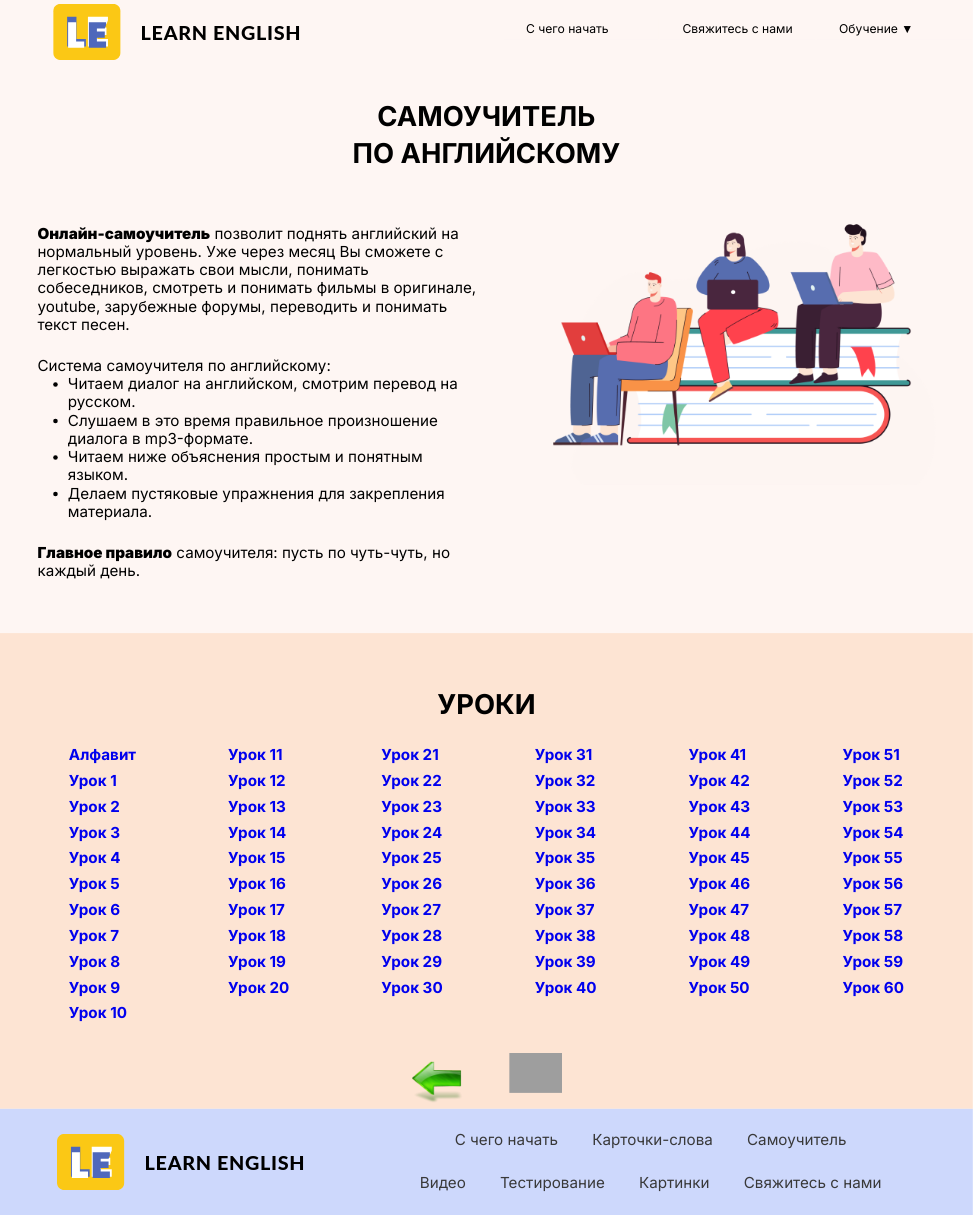
Repository: WladimirVA/Diplom
Page: scool/lesson.html
The author's editor kept a copy of each file at every save. The page is drawn from the files as they stood at one save, then again after the next save.
The browser window is 1280 px wide. The pictures show the whole page, at 76% of full size.
Pictures or frames that could not be fetched are drawn as grey boxes.

Above is the page before, as saved 2023-07-19 17:55:38.

### scool/lesson.html
<!DOCTYPE html>
<html lang="en">
<head>
    <meta charset="UTF-8">
    <meta name="viewport" content="width=device-width, initial-scale=1.0">
    <link href="./css/index.css" rel="stylesheet" type="text/css">
    <link href="./css/fonts.css" rel="stylesheet" type="text/css">
    <link rel="stylesheet" href="./css/lesson.css" type="text/css">
    <link rel="icon" sizes="16x16" href="./img/Vector.svg" type="image/x-icon">
    <title>Learn english</title>
</head>
<body>
    <header class="header" di="HOME">
        <div class="section">
            <div class="section-header">
                <div class="logo">
                    <img src="./img/Vector.svg">
                    <p>Learn english</p>
                </div>
                <div>

                    <ul class="ddropdownn">
                        <li class="ddropdownn-top">
                        <a class="ddropdownn-top" href="#">С чего начать</a>
                        </li>
                        <li class="ddropdownn-top">
                            <a class="ddropdownn-top" href="mailto:dyadichenko_va@mail.ru">Свяжитесь с нами</a>
                        </li>
                        <li class="ddropdownn-top">
                        <a class="ddropdownn-top" href="#">Обучение &#9660;</a>
                            <ul class="ddropdownn-inside">
                                <li><a href="/">Карточки-слова</a></li>
                                <li><a href="/">Самоучитель</a></li>
                                <li><a href="/">Видео</a></li>
                                <li><a href="/">Тестирование</a></li>
                                <li><a href="/">Картинки</a></li>
                            </ul>
                        </li>

                    </ul>
                </div>
            </div>
        </div>
    </header>
    <main>
        <section class="TUTORIAL">
            <div class="section">
                <h1 class="tutorial-h1">Самоучитель <br>по английскому</h1>
                <div class="content-tutorial">
                    <div class="tutorial-inf">
                        <p><span  style="font-weight:900"> Онлайн-самоучитель</span> позволит поднять английский на нормальный уровень. Уже через месяц Вы сможете с легкостью выражать свои мысли, понимать собеседников, смотреть и понимать фильмы в оригинале, youtube, зарубежные форумы, переводить и понимать текст песен.</p>
                            <ul><p>Система самоучителя по английскому:</p>
                                <li>Читаем диалог на английском, смотрим перевод на русском.</li>
                                <li>Слушаем в это время правильное произношение диалога в mp3-формате.</li>
                                <li>Читаем ниже объяснения простым и понятным языком.</li>
                                <li>Делаем пустяковые упражнения для закрепления материала.</li>
                            </ul>
                            <p><span  style="font-weight:900"> Главное правило</span> самоучителя: пусть по чуть-чуть, но каждый день.
                        </p>
                    </div>
                    <div class="tutorial-img">
                        <img src="./img/Group 78 1 (1).png" alt="foto">
                    </div>
                </div>
            </div>
        </section>
        <section class="LESSON">
            <div class="section">
                <div class="lesson">
                    <p>уроки</p>
                </div class="slider">
                    <div class="item"><!-- Начало 1 слайда -->
                        <div class="box-1 container-box">
                            <ul>
                                <li><a href="#">Алфавит</a></li>
                                <li><a href="#">Урок 1</a></li>
                                <li><a href="#">Урок 2</a></li>
                                <li><a href="#">Урок 3</a></li>
                                <li><a href="#">Урок 4</a></li>
                                <li><a href="#">Урок 5</a></li>
                                <li><a href="#">Урок 6</a></li>
                                <li><a href="#">Урок 7</a></li>
                                <li><a href="#">Урок 8</a></li>
                                <li><a href="#">Урок 9</a></li>
                                <li><a href="#">Урок 10</a></li>
                            </ul>
                            <ul>
                                <li><a href="#">Урок 11</a></li>
                                <li><a href="#">Урок 12</a></li>
                                <li><a href="#">Урок 13</a></li>
                                <li><a href="#">Урок 14</a></li>
                                <li><a href="#">Урок 15</a></li>
                                <li><a href="#">Урок 16</a></li>
                                <li><a href="#">Урок 17</a></li>
                                <li><a href="#">Урок 18</a></li>
                                <li><a href="#">Урок 19</a></li>
                                <li><a href="#">Урок 20</a></li>
                            </ul>
                            <ul>
                                <li><a href="#">Урок 21</a></li>
                                <li><a href="#">Урок 22</a></li>
                                <li><a href="#">Урок 23</a></li>
                                <li><a href="#">Урок 24</a></li>
                                <li><a href="#">Урок 25</a></li>
                                <li><a href="#">Урок 26</a></li>
                                <li><a href="#">Урок 27</a></li>
                                <li><a href="#">Урок 28</a></li>
                                <li><a href="#">Урок 29</a></li>
                                <li><a href="#">Урок 30</a></li>
                            </ul>
                            <ul>
                                <li><a href="#">Урок 31</a></li>
                                <li><a href="#">Урок 32</a></li>
                                <li><a href="#">Урок 33</a></li>
                                <li><a href="#">Урок 34</a></li>
                                <li><a href="#">Урок 35</a></li>
                                <li><a href="#">Урок 36</a></li>
                                <li><a href="#">Урок 37</a></li>
                                <li><a href="#">Урок 38</a></li>
                                <li><a href="#">Урок 39</a></li>
                                <li><a href="#">Урок 40</a></li>
                            </ul>
                            <ul>
                                <li><a href="#">Урок 41</a></li>
                                <li><a href="#">Урок 42</a></li>
                                <li><a href="#">Урок 43</a></li>
                                <li><a href="#">Урок 44</a></li>
                                <li><a href="#">Урок 45</a></li>
                                <li><a href="#">Урок 46</a></li>
                                <li><a href="#">Урок 47</a></li>
                                <li><a href="#">Урок 48</a></li>
                                <li><a href="#">Урок 49</a></li>
                                <li><a href="#">Урок 50</a></li>
                            </ul>
                            <ul>
                                <li><a href="#">Урок 51</a></li>
                                <li><a href="#">Урок 52</a></li>
                                <li><a href="#">Урок 53</a></li>
                                <li><a href="#">Урок 54</a></li>
                                <li><a href="#">Урок 55</a></li>
                                <li><a href="#">Урок 56</a></li>
                                <li><a href="#">Урок 57</a></li>
                                <li><a href="#">Урок 58</a></li>
                                <li><a href="#">Урок 59</a></li>
                                <li><a href="#">Урок 60</a></li>
                            </ul>
                        </div>
                    </div>
                    <div class="item"><!-- Начало 2 слайда -->
                        <div class="box-1 container-box">
                            <ul>
                                <li><a href="#">Урок 61</a></li>
                                <li><a href="#">Урок 62</a></li>
                                <li><a href="#">Урок 63</a></li>
                                <li><a href="#">Урок 64</a></li>
                                <li><a href="#">Урок 65</a></li>
                                <li><a href="#">Урок 66</a></li>
                                <li><a href="#">Урок 67</a></li>
                                <li><a href="#">Урок 68</a></li>
                                <li><a href="#">Урок 69</a></li>
                                <li><a href="#">Урок 70</a></li>
                            </ul>
                            <ul>
                                <li><a href="#">Урок 71</a></li>
                                <li><a href="#">Урок 72</a></li>
                                <li><a href="#">Урок 73</a></li>
                                <li><a href="#">Урок 74</a></li>
                                <li><a href="#">Урок 75</a></li>
                                <li><a href="#">Урок 76</a></li>
                                <li><a href="#">Урок 77</a></li>
                                <li><a href="#">Урок 78</a></li>
                                <li><a href="#">Урок 79</a></li>
                                <li><a href="#">Урок 80</a></li>
                            </ul>
                            <ul>
                                <li><a href="#">Урок 81</a></li>
                                <li><a href="#">Урок 82</a></li>
                                <li><a href="#">Урок 83</a></li>
                                <li><a href="#">Урок 84</a></li>
                                <li><a href="#">Урок 85</a></li>
                                <li><a href="#">Урок 86</a></li>
                                <li><a href="#">Урок 87</a></li>
                                <li><a href="#">Урок 88</a></li>
                                <li><a href="#">Урок 89</a></li>
                                <li><a href="#">Урок 90</a></li>
                            </ul>
                            <ul>
                                <li><a href="#">Урок 91</a></li>
                                <li><a href="#">Урок 92</a></li>
                                <li><a href="#">Урок 93</a></li>
                                <li><a href="#">Урок 94</a></li>
                                <li><a href="#">Урок 95</a></li>
                                <li><a href="#">Урок 96</a></li>
                                <li><a href="#">Урок 97</a></li>
                                <li><a href="#">Урок 98</a></li>
                                <li><a href="#">Урок 99</a></li>
                                <li><a href="#">Урок 100</a></li>
                            </ul>
                            <ul>
                                <li><a href="#">Урок 101</a></li>
                                <li><a href="#">Урок 102</a></li>
                                <li><a href="#">Урок 103</a></li>
                                <li><a href="#">Урок 104</a></li>
                                <li><a href="#">Урок 105</a></li>
                                <li><a href="#">Урок 106</a></li>
                                <li><a href="#">Урок 107</a></li>
                                <li><a href="#">Урок 108</a></li>
                                <li><a href="#">Урок 109</a></li>
                                <li><a href="#">Урок 110</a></li>
                            </ul>
                            <ul>
                                <li><a href="#">Урок 111</a></li>
                                <li><a href="#">Урок 112</a></li>
                                <li><a href="#">Урок 113</a></li>
                                <li><a href="#">Урок 114</a></li>
                                <li><a href="#">Урок 115</a></li>
                                <li><a href="#">Урок 116</a></li>
                                <li><a href="#">Урок 117</a></li>
                                <li><a href="#">Урок 118</a></li>
                                <li><a href="#">Урок 119</a></li>
                                <li><a href="#">Урок 120</a></li>
                            </ul>
                        </div>
                    </div>
                    <div class="item"><!-- Начало 3 слайда -->
                        <div class="box-1 container-box">
                            <ul>
                                <li><a href="#">Урок 121</a></li>
                                <li><a href="#">Урок 122</a></li>
                                <li><a href="#">Урок 123</a></li>
                                <li><a href="#">Урок 124</a></li>
                                <li><a href="#">Урок 125</a></li>
                                <li><a href="#">Урок 126</a></li>
                                <li><a href="#">Урок 127</a></li>
                                <li><a href="#">Урок 128</a></li>
                                <li><a href="#">Урок 129</a></li>
                                <li><a href="#">Урок 130</a></li>
                            </ul>
                            <ul>
                                <li><a href="#">Урок 131</a></li>
                                <li><a href="#">Урок 132</a></li>
                                <li><a href="#">Урок 133</a></li>
                                <li><a href="#">Урок 134</a></li>
                                <li><a href="#">Урок 135</a></li>
                                <li><a href="#">Урок 136</a></li>
                                <li><a href="#">Урок 137</a></li>
                                <li><a href="#">Урок 138</a></li>
                                <li><a href="#">Урок 139</a></li>
                                <li><a href="#">Урок 140</a></li>
                            </ul>
                            <ul>
                                <li><a href="#">Урок 141</a></li>
                                <li><a href="#">Урок 142</a></li>
                                <li><a href="#">Урок 143</a></li>
                                <li><a href="#">Урок 144</a></li>
                                <li><a href="#">Урок 145</a></li>
                                <li><a href="#">Урок 146</a></li>
                            </ul>
                        </div>
                    </div>
                </div>
                <div class="button111">
                    <div class="button1112"><a class="prev" onclick="minusSlide()"><img src="./img/arrow-lef.png"></a></div>
                    <div class="button1112"><a class="next" onclick="plusSlide()"><img src="./img/arrow-rih.png"></a></div>
                    <script src="./js/slider.js"></script>
                </div>
            </div>
        </section>
    </main>
    <footer class="FOOTER">
        <div class="section">
            <div class="section-footer">
                <div class="logo">
                    <img src="./img/Vector.svg">
                    <p>Learn english</p>
                </div>
                <div class="ddropdownn-footer">
                    <div class="ddropdownn-menu">
                        <ul class="ddropdownn1">
                            <li><a href="#">С чего начать</a></li>
                            <!-- <li><a href="#">Обучение</a></li> -->
                            <li><a href="#">Карточки-слова</a></li>
                            <li><a href="#">Самоучитель</a></li>
                        </ul>
                    </div>
                    <div class="ddropdownn-menu">
                        <ul class="ddropdownn2">
                            <li><a href="#">Видео</a></li>
                            <li><a href="#">Тестирование</a></li>
                            <li><a href="#">Картинки</a></li>
                            <li><a class="link" href="mailto:dyadichenko_va@mail.ru">Свяжитесь с нами</a></li>
                        </ul>
                    </div>
                </div>
            </div>
        </div>
    </footer>
</body>
</html>

### scool/css/fonts.css
/* @import url('https://fonts.googleapis.com/css2?family=Work+Sans:ital,wght@0,600;0,800;1,800&display=swap'); */


/* @import url('https://fonts.googleapis.com/css2?family=Inter:wght@400;500;600;700;800&family=Work+Sans:ital,wght@0,600;0,800;1,800&display=swap'); */


@import url('https://fonts.googleapis.com/css2?family=Inter:wght@100;200;300;400;500;600;700;800;900&display=swap');

@import url('https://fonts.googleapis.com/css2?family=Inter:wght@100;200;300;400;500;600;700;800;900&family=Work+Sans:ital,wght@0,100;0,200;0,300;0,400;0,500;0,600;0,700;0,800;0,900;1,100;1,200;1,300;1,400;1,500;1,600;1,700;1,800;1,900&display=swap');

### scool/css/lesson.css
.TUTORIAL {
    background: rgba(254, 246, 243, 1);
    padding-top: 50px;
}

.content-tutorial {
    display: flex;
    justify-content: space-around;
    padding: 70px 0 70px 0;
}

.tutorial-h1 {
    text-align: center;
    font-family: Inter;
    font-size: 36px;
    font-weight: 700;
    line-height: 48px;
    letter-spacing: 0em;
    text-align: center;
    text-transform: uppercase;
}

.tutorial-inf {
    max-width: 580px;
}

.tutorial-inf p {
    font-family: Inter;
    font-size: 20px;
    font-weight: 400;
    line-height: 24px;
    letter-spacing: 0em;
    text-align: left;
    color: rgba(0, 0, 0, 1);
}

.tutorial-inf li {
    margin-left: 15px;
    font-family: Inter;
    font-size: 20px;
    font-weight: 400;
    line-height: 24px;
    letter-spacing: 0em;
    text-align: left;
    margin-left: 40px;
}

.tutorial-inf ul {
    padding: 30px 0 30px 0px;
}

.tutorial-img img {
    width: 100%;
    height: auto;
}

.LESSON {
    background: rgba(253, 228, 211, 1);
    /* height: 640px; */
}

.lesson {
    text-align: center;
    padding-top: 70px;
}

.lesson p {
    font-family: Inter;
    font-size: 36px;
    font-weight: 700;
    line-height: 48px;
    letter-spacing: 0em;
    text-align: center;
    text-transform: uppercase;
}

.box-1 {
    display: flex;
    justify-content: space-around;
    font-family: Inter;
    font-size: 20px;
    font-weight: 700;
    line-height: 24px;
    letter-spacing: 0em;
    text-align: left;
    padding: 30px;
}

.box-1 ul {
    list-style-type:none;
}
.box-1 li {
    padding: 0 0 10px 0;
}
.box-1 a {
     text-decoration: none;
}

/* Анимация слайдов */
.slider .item {
    -webkit-animation-name: fade;
    -webkit-animation-duration: 1.5s;
    animation-name: fade;
    animation-duration: 1.5s;
}

@-webkit-keyframes fade {
    from {
        opacity: .4
    }
    to {
        opacity: 1
    }
}

@keyframes fade {
    from {
        opacity: .4
    }
    to {
        opacity: 1
    }
}

.itc-slider__wrapper {
    height: 400px;
}
/* Анимация слайдов */

.slider {
    height: 300px;
}

.button111 {
    display: flex;
    justify-content: center;
}

.button111 img {
    width: 70px;
}

.next {
    margin-left: 60px;
}

Loaded but not shown: scool/js/slider.js (34 lines, source omitted); scool/css/index.css (394 lines, source omitted)

After the next save:
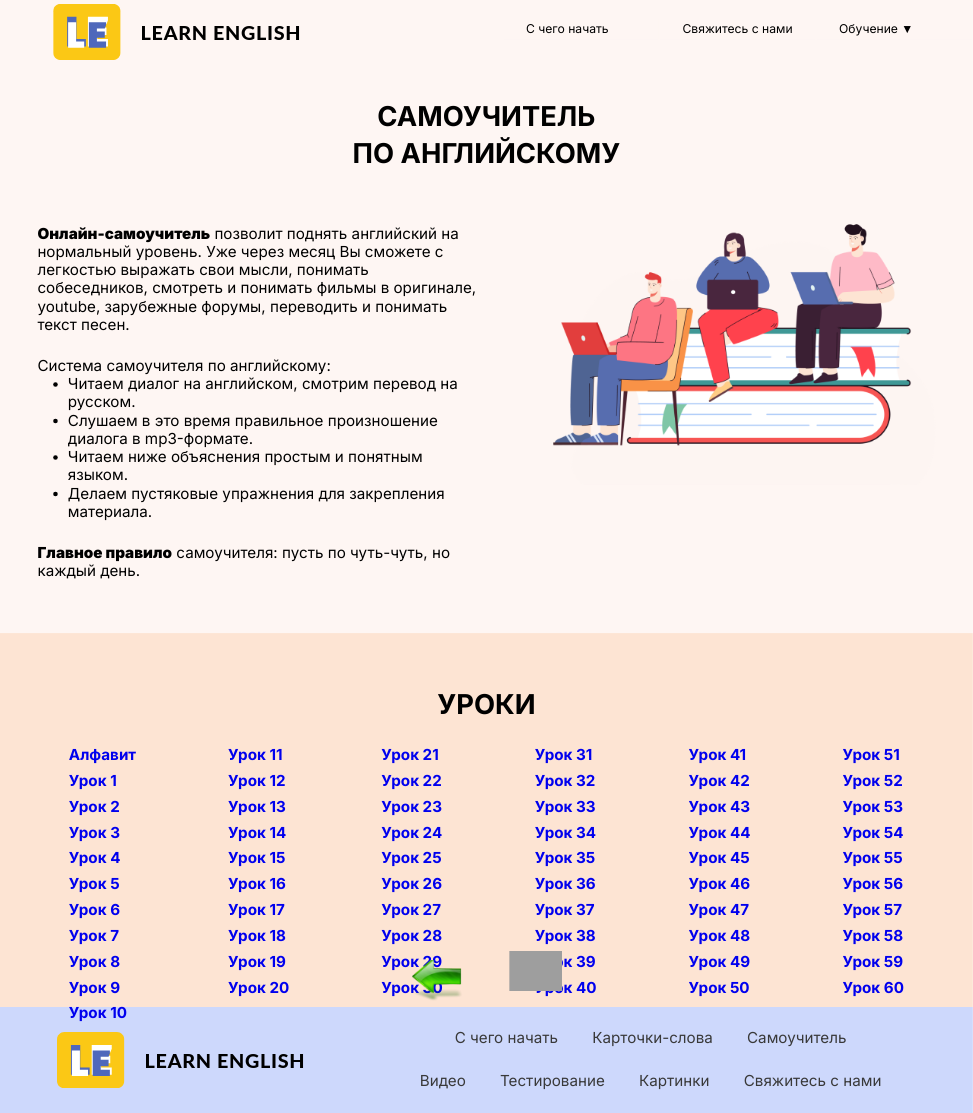
Saved 78 s later.
--- a/scool/css/lesson.css
+++ b/scool/css/lesson.css
@@ -127,7 +127,7 @@
 }
 /* Анимация слайдов */
 
-.slider {
+.item {
     height: 300px;
 }
 
